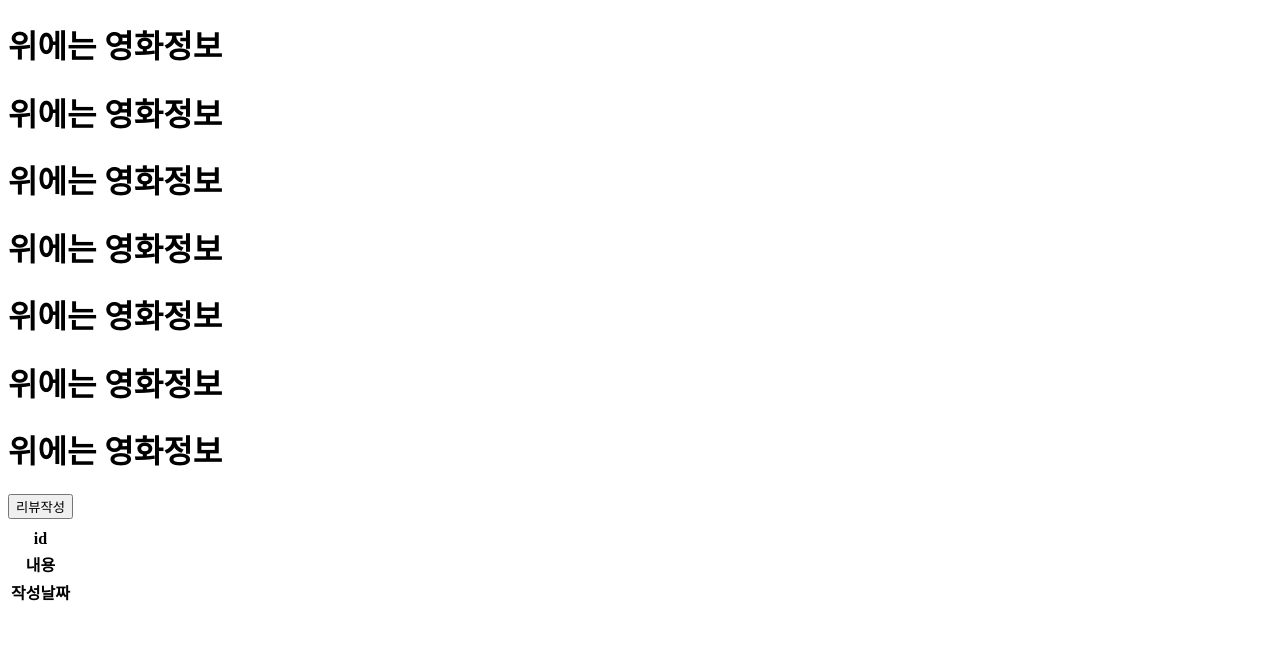
Repository: homerking-092/project
Page: http://localhost/MovieProject/review/review_list.jsp
An editor plug-in stored every save of this project. The page is shown before and after the next save, followed by the edit.
The browser window is 1280 px wide. The pictures show the whole page.
The page is served by Tomcat 9.

Above is the page before, as saved 2021-08-15 08:45:36.

After the next save:
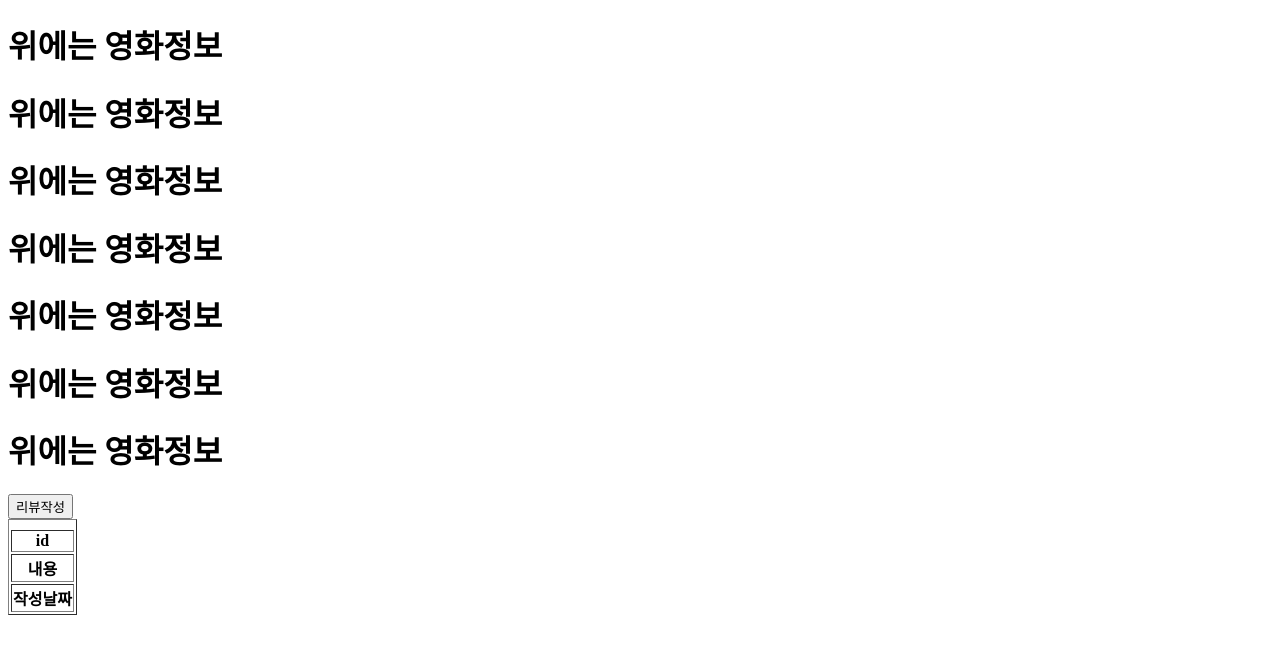
Saved 117 s later.
--- a/MovieProject/WebContent/review/review_list.jsp
+++ b/MovieProject/WebContent/review/review_list.jsp
@@ -19,7 +19,7 @@
 
 
 	<a href="/MovieProject/review/review_write_form.jsp"><input type="button" value="리뷰작성"> </a>
-	<table>
+	<table border="1">
 		<tr></tr>
 		<tr></tr>
 		<tr></tr>
